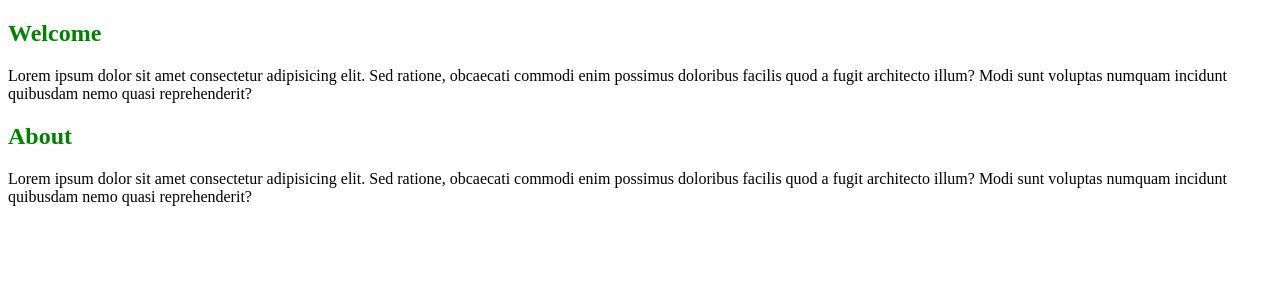
Repository: andiausrust/css-traversy
Page: css-basics/01_basic.html
The author's editor kept a copy of each file at every save. The page is drawn from the files as they stood at one save, then again after the next save.
The browser window is 1280 px wide. The pictures show the whole page.

Above is the page before, as saved 2020-08-18 20:50:14.

After the next save:
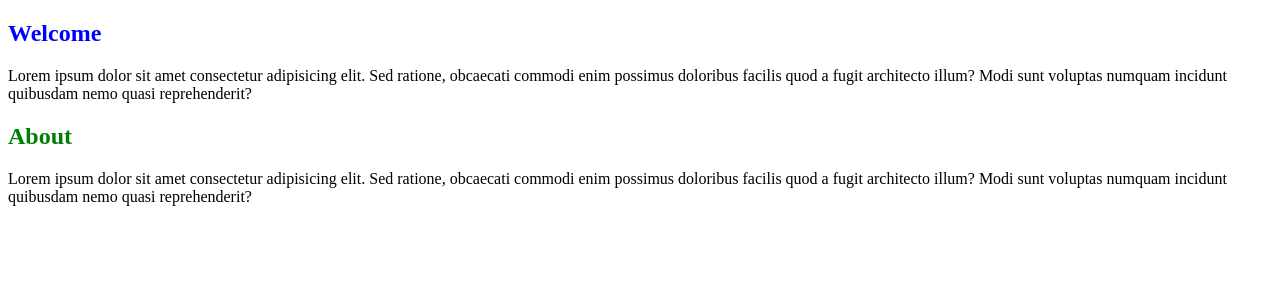
Saved 55 s later.
--- a/css-basics/css/style.css
+++ b/css-basics/css/style.css
@@ -1,3 +1,3 @@
-h2 {
+h2#green-heading {
     color: blue;
 }
